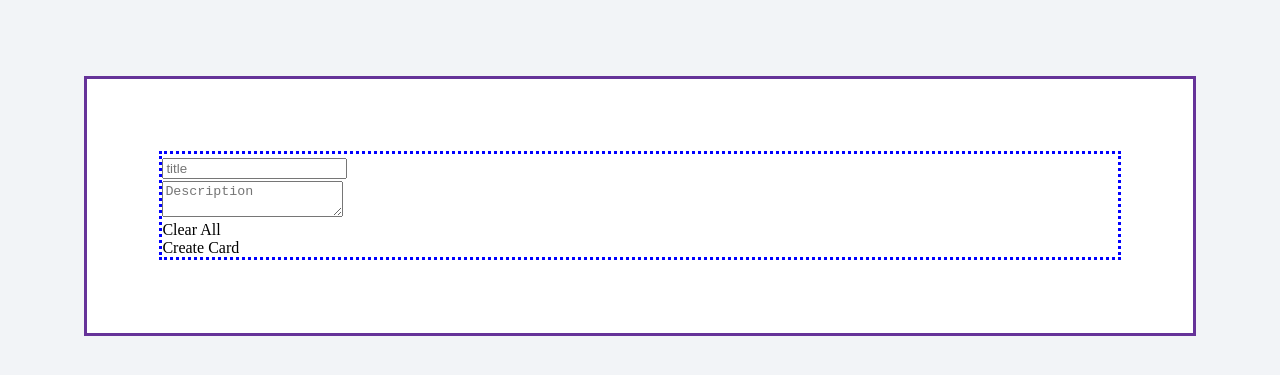
Repository: ReyhanehRahmani/TO-DO
Page: index.html
The author's editor kept a copy of each file at every save. The page is drawn from the files as they stood at one save, then again after the next save.
The browser window is 1280 px wide. The pictures show the whole page.

Above is the page before, as saved 2025-06-07 22:16:15.

### index.html
<!DOCTYPE html>

<html lang="en">

    <head>

        <meta name="viewport" content="width=device-width, initial-scale=1.0" />

        <title>TO-DO</title>

        <link rel="icon" type="image/jpg" href="favicon.png">

        <link rel="stylesheet" href="style.css">

    </head>
    <body>
        <div id="main-card">
            <div id="content">
                <div id="title">
                    <input type="text" id="titlebox" minlength="3" maxlength="30" placeholder="title">
                </div>
                <div id="description">
                    <textarea type="text" id="description" maxlength="200" placeholder="Description"></textarea>
                </div>
                <div id="buttons">
                    <div id="clear">Clear All</div>
                    <div id="creat">Create Card</div>
                </div>
            </div>
        </div>
    </body>

### style.css
body{
    background-color: #F2F4F7;
}



#main-card{
    margin-left: 6%;
    margin-right: 6%;
    margin-top: 6%;
    background-color: #FFFFFF;
    border: solid rebeccapurple;
}

#content{
    margin-right: 6.557377049%;
    margin-left: 6.557377049%;
    margin-top: 6.557377049%;
    margin-bottom: 6.557377049%;
    border: dotted blue;
}

#title{
    font-family: Poppins;
    font-weight: 700;
    font-size: 18px;
    line-height: 150%;
    letter-spacing: -2%;

}

After the next save:
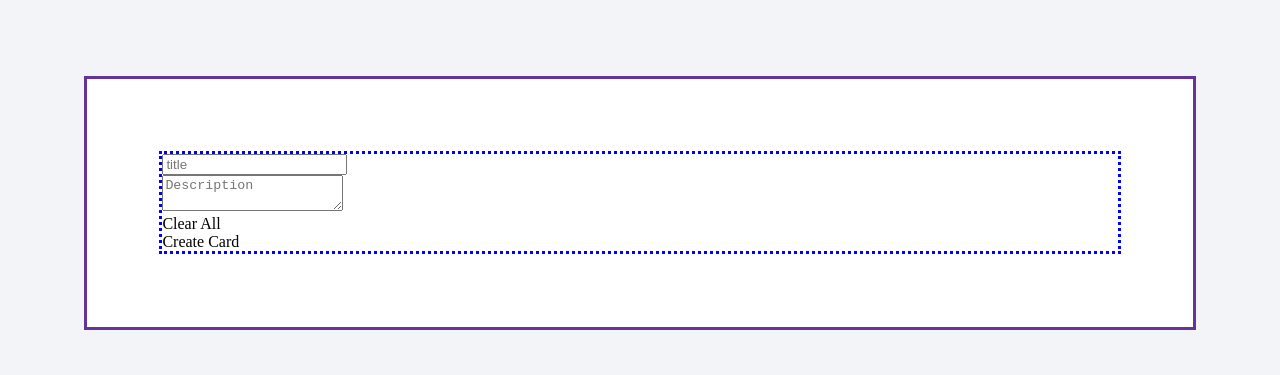
Saved 53 s later.
--- a/style.css
+++ b/style.css
@@ -20,11 +20,11 @@ body{
     border: dotted blue;
 }
 
-#title{
+#title-box{
     font-family: Poppins;
     font-weight: 700;
     font-size: 18px;
     line-height: 150%;
     letter-spacing: -2%;
-
+    border
 }
